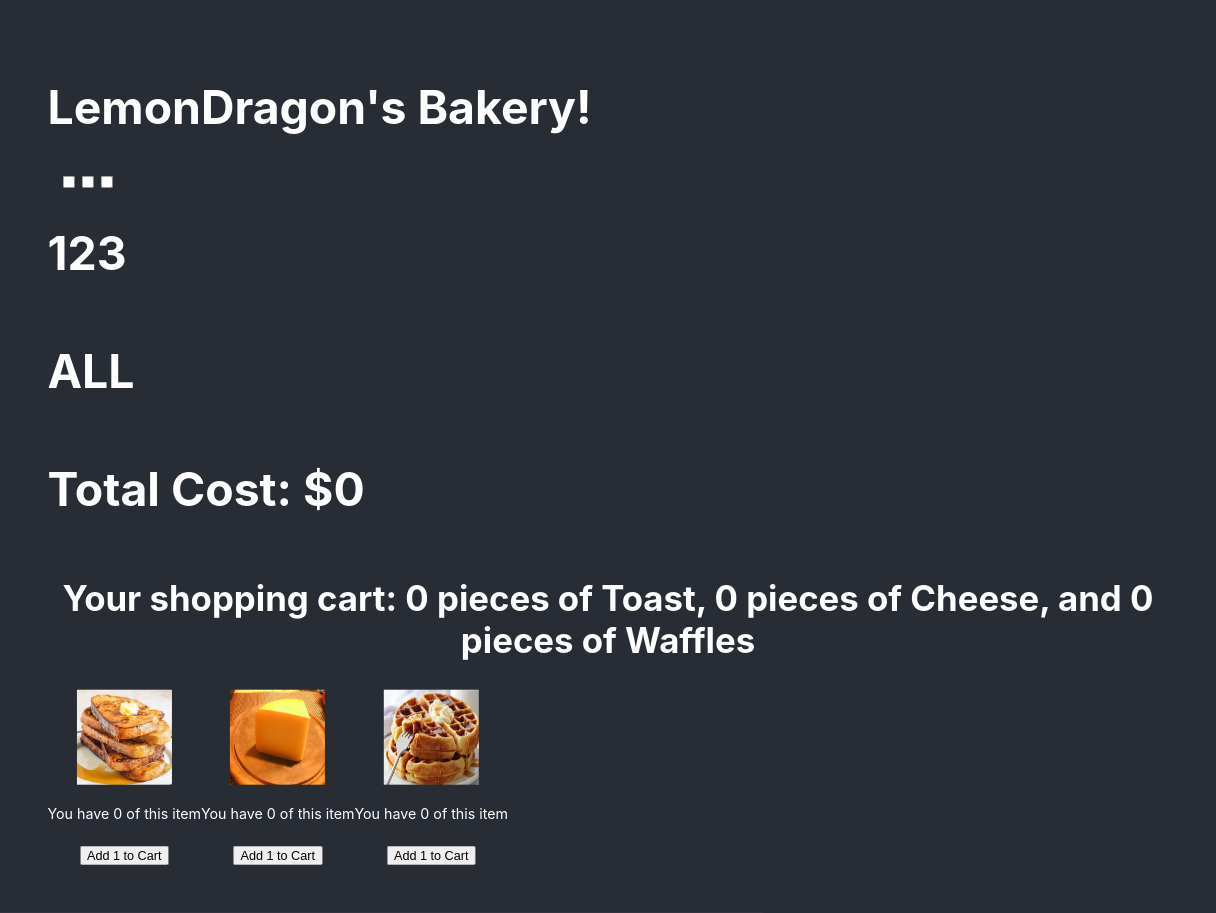
Repository: happydragon200/development
Page: /
An editor plug-in stored every save of this project. The page is shown before and after the next save, followed by the edit.
The browser window is 1280 px wide. The pictures show the whole page, at 95% of full size.
The project was rebuilt for these pictures with package versions that can differ from the ones it lists, and the page was loaded fresh each time.

Above is the page before, as saved 2022-12-02 01:08:25.

After the next save:
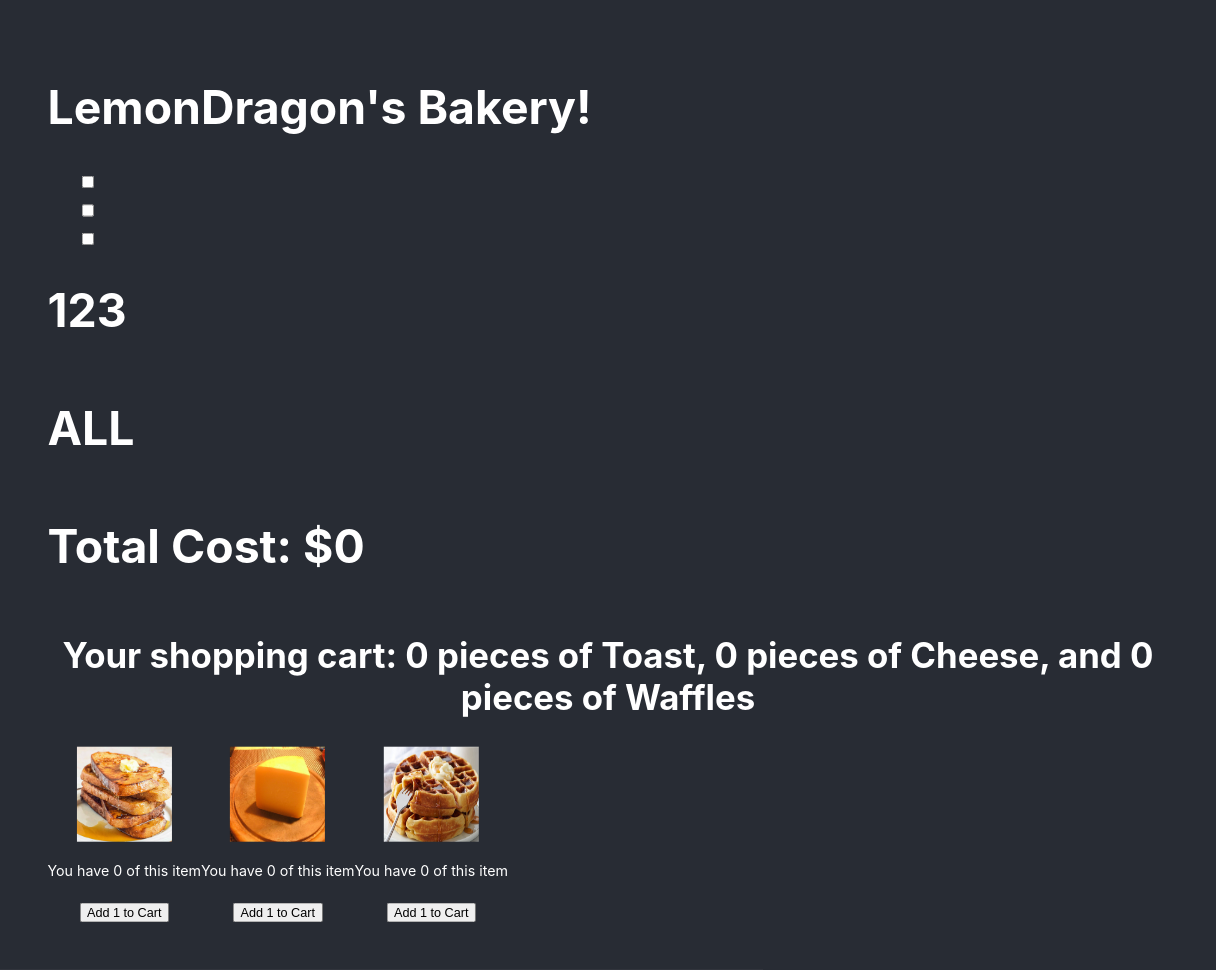
Saved 2 min 6 s later.
--- a/src/App.js
+++ b/src/App.js
@@ -66,14 +66,16 @@ function FilterButton(selected, changeSelected, tag) {
   const man = true
 
   return (
-    <input
-      type="checkbox"
-      id="topping"
-      name="topping"
-      value="Paneer"
-      // checked={man}
-      onChange={clickChange}
-    />
+    <div>
+      <input
+        type="checkbox"
+        id="topping"
+        name="topping"
+        value="Paneer"
+        // checked={man}
+        onChange={clickChange}
+      />
+    </div>
   )
 }
 
